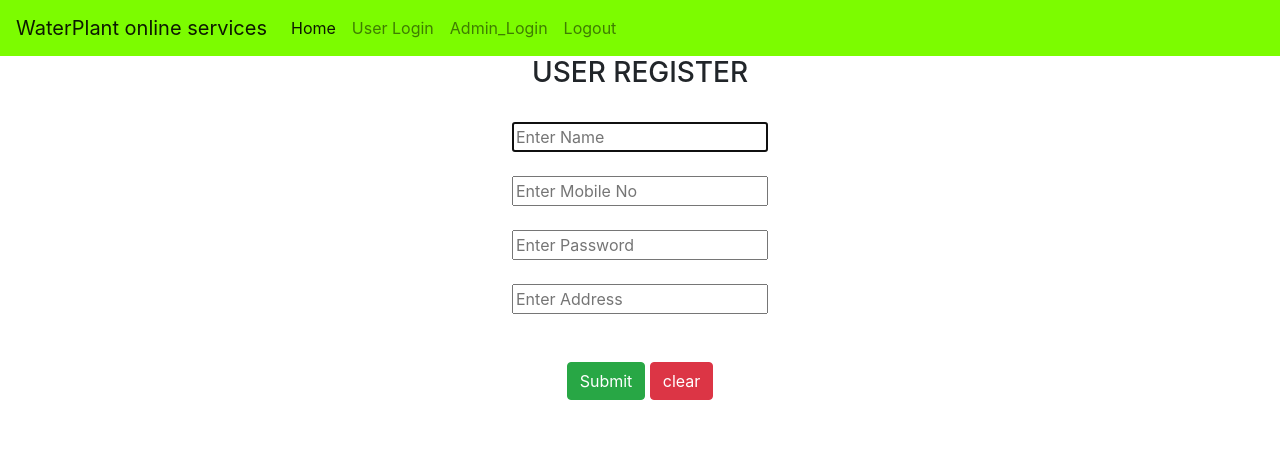
Repository: SHARMILAG97/WebApplication
Page: http://localhost/waterplant_web/userregister.jsp
An editor plug-in stored every save of this project. The page is shown before and after the next save, followed by the edit.
The browser window is 1280 px wide. The pictures show the whole page.
The page is served by Tomcat 9.

Above is the page before, as saved 2019-09-18 09:19:59.
Console error: TypeError: Cannot read properties of undefined (reading 'fn')

After the next save:
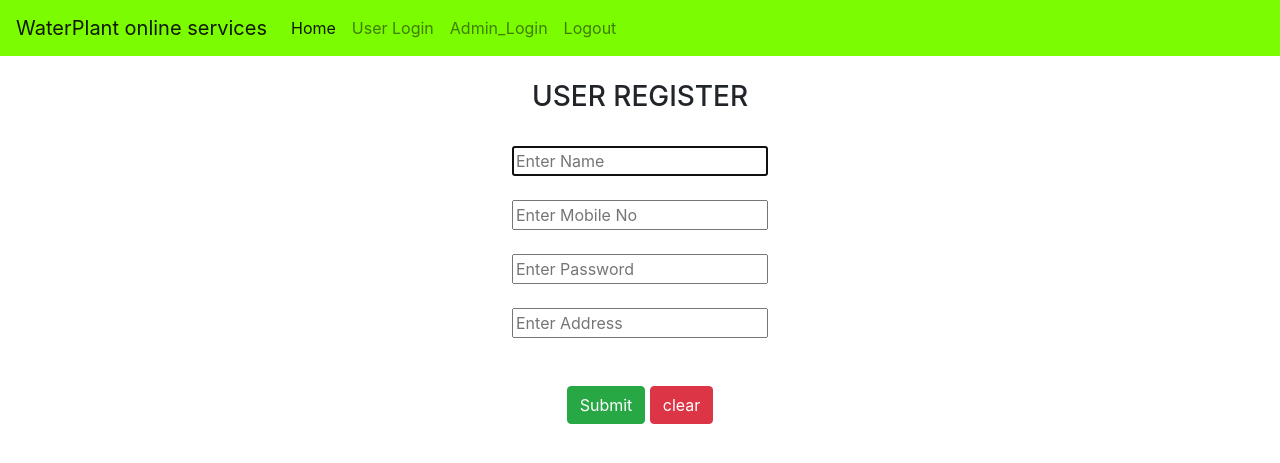
Saved 4 s later.
--- a/waterplant_web/src/main/webapp/userregister.jsp
+++ b/waterplant_web/src/main/webapp/userregister.jsp
@@ -65,7 +65,7 @@ function register() {
 
 
 </script>
-<h3>USER REGISTER</h3></br>
+</br><h3>USER REGISTER</h3></br>
 
 <form onsubmit="register()">
 
